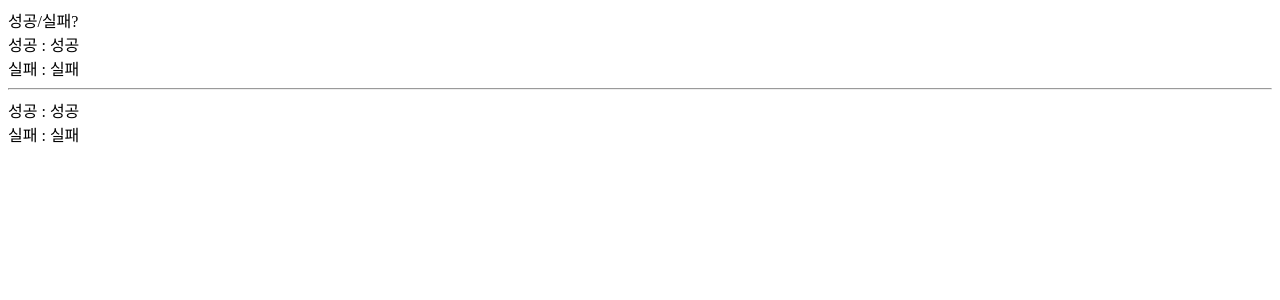
Repository: skim24245/web_workspace_src
Page: http://localhost/Lecture-Web/jsp/el/exam08.jsp
These files come from the project's save history. The page is drawn as it stood at one moment and after the next save; the edit follows.
The browser window is 1280 px wide. The pictures show the whole page.
The page is served by Tomcat 9. Other server files are loaded and not shown.

Above is the page before, as saved 2022-06-07 05:03:30.

### Lecture-Web/src/main/webapp/jsp/el/exam08.jsp
<%@page import="java.util.HashMap"%>
<%@page import="java.util.Map"%>
<%@ page language="java" contentType="text/html; charset=UTF-8"
    pageEncoding="UTF-8"%>

<%
    Map<String, String> values = new HashMap<String,String>();
    values.put("success","성공");
    values.put("fail","실패");
    pageContext.setAttribute("result", values);
%>

<!DOCTYPE html>
<html>
<head>
<meta charset="UTF-8">
<title>Insert title here</title>
</head>
<body>
성공/실패? ${result[0].title }<br>
성공 : <%=values.get("success") %><br>
실패 : <%=values.get("fail") %><BR>
<hr>
성공 : ${result.success } <br>
실패 : ${result.fail} <br>

</body>
</html>

After the next save:
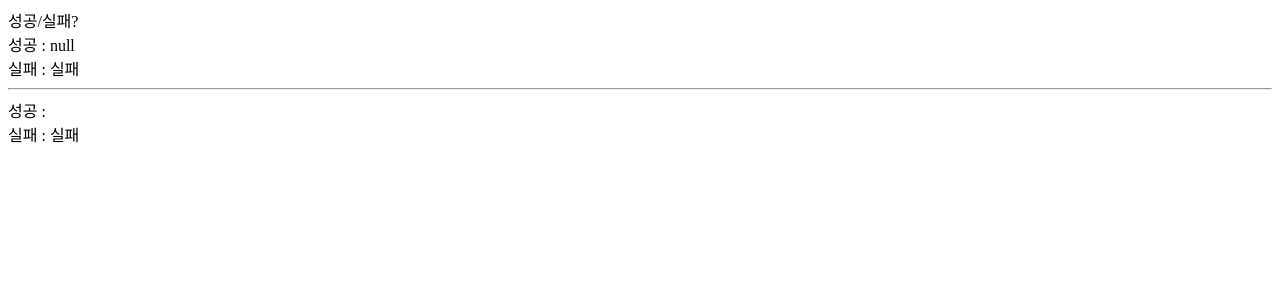
Saved 2 min 45 s later.
--- a/Lecture-Web/src/main/webapp/jsp/el/exam08.jsp
+++ b/Lecture-Web/src/main/webapp/jsp/el/exam08.jsp
@@ -5,7 +5,7 @@
 
 <%
     Map<String, String> values = new HashMap<String,String>();
-    values.put("success","성공");
+    values.put("title","성공");
     values.put("fail","실패");
     pageContext.setAttribute("result", values);
 %>
